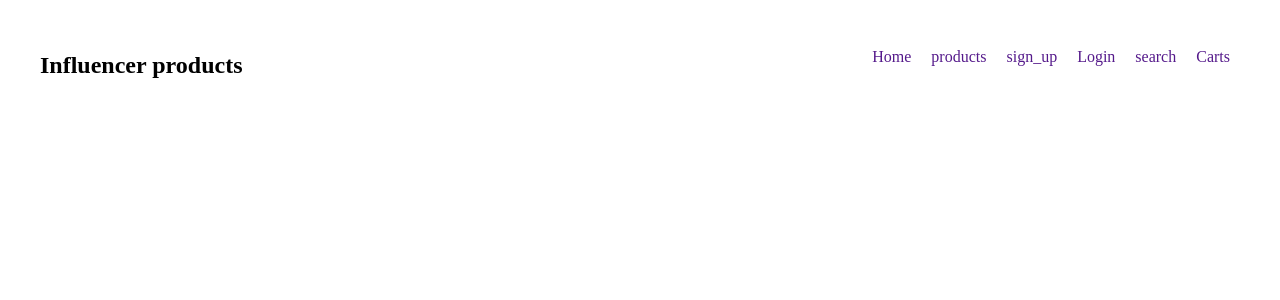
Repository: RudrasahaDibos/Camera-gear
Page: index.html
An editor plug-in stored every save of this project. The page is shown before and after a run of saves, followed by the edit.
The browser window is 1280 px wide. The pictures show the whole page.

Above is the page before, as saved 2024-10-08 14:06:36.

After the next 2 saves:
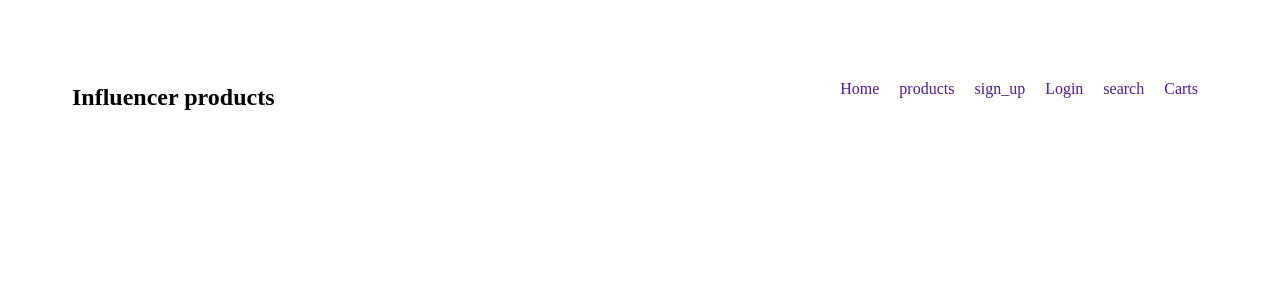
The 2 saves are shown as one change because they came seconds apart.
The last was saved 7 s later.
--- a/style.css
+++ b/style.css
@@ -1,7 +1,7 @@
 .Influencer-header{
     display: flex;
     justify-content: space-between;
-    margin: 2rem;
+    margin: 4rem;
 
 }
 .Influencer-header-button{
